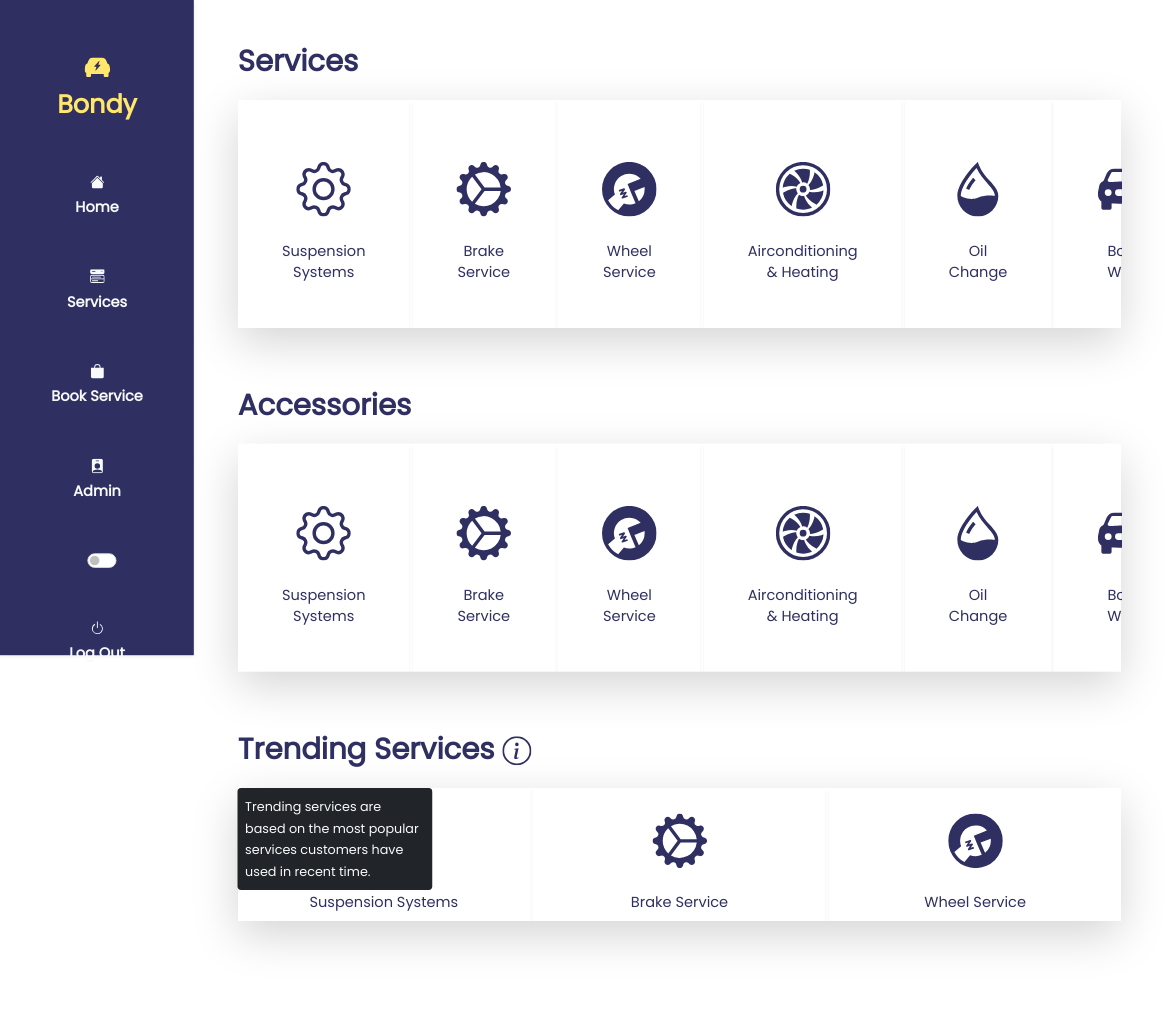
Repository: duzzisantos/bondy
Page: /, after clicking the first element matching `svg.bi-info-circle`
The author's editor kept a copy of each file at every save. The page is drawn from the files as they stood at one save, then again after the next save.
The browser window is 1280 px wide. The pictures show the whole page, at 91% of full size.
Some web libraries are served in a nearby version. The project was rebuilt for these pictures with package versions that can differ from the ones it lists, and the page was loaded fresh each time. Also part of the build but not shown: src/components/Services/ServiceTemplate.tsx, src/data/mockData.ts, src/views/Services.tsx.

Above is the page before, as saved 2023-06-25 14:37:15.

After the next save:
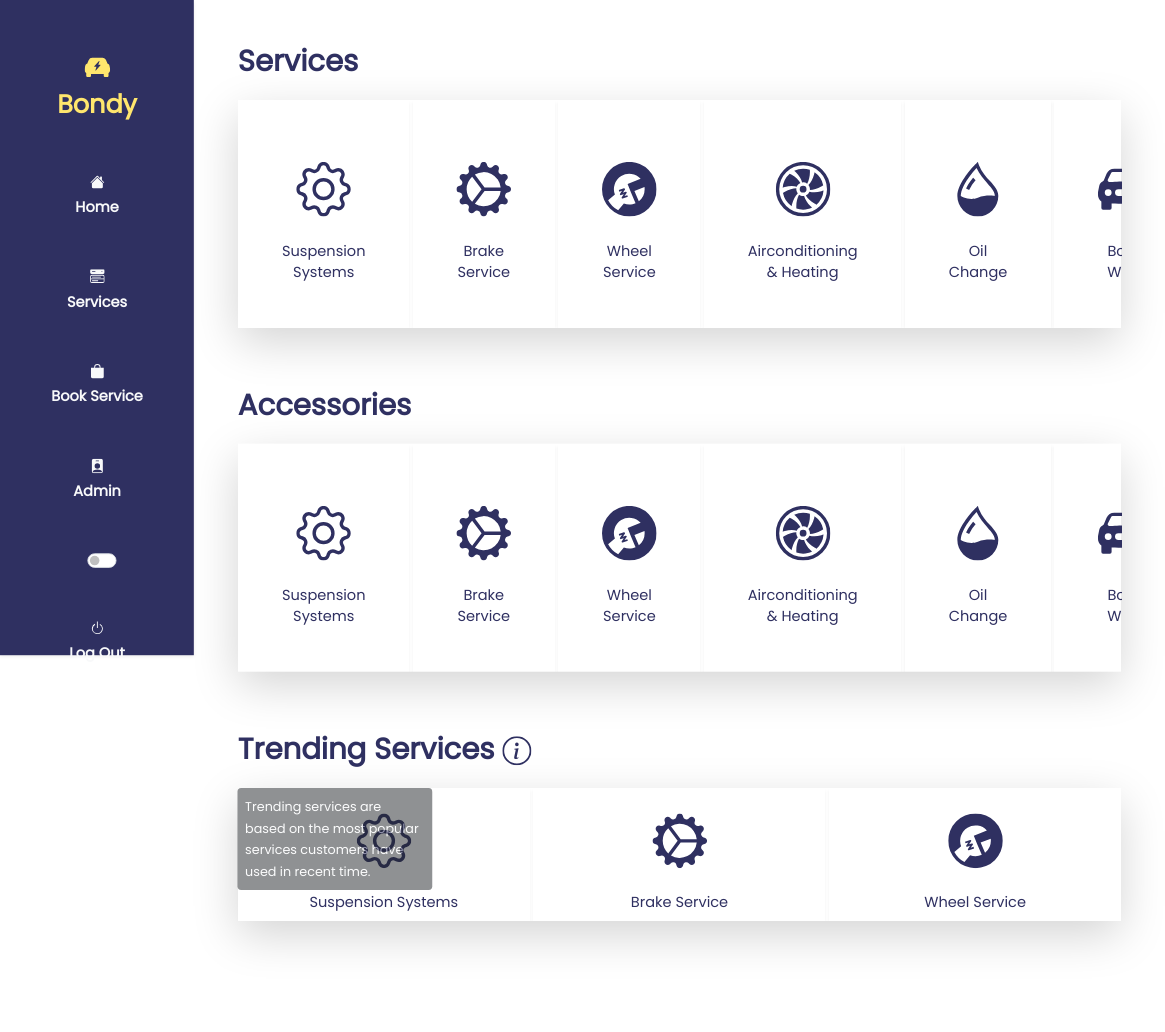
Saved 37 s later.
--- a/src/components/Home/TrendingServices.tsx
+++ b/src/components/Home/TrendingServices.tsx
@@ -2,7 +2,10 @@ import React, { FunctionComponent } from "react";
 
 const TrendingServices: FunctionComponent = () => {
   return (
-    <div className="col-sm-2 bg-dark text-light rounded-1 text-start p-2 position-absolute">
+    <div
+      className="col-sm-2 bg-dark text-light rounded-1 text-start p-2 position-absolute"
+      style={{ opacity: 0.5 }}
+    >
       <small>
         Trending services are based on the most popular services customers have
         used in recent time.
